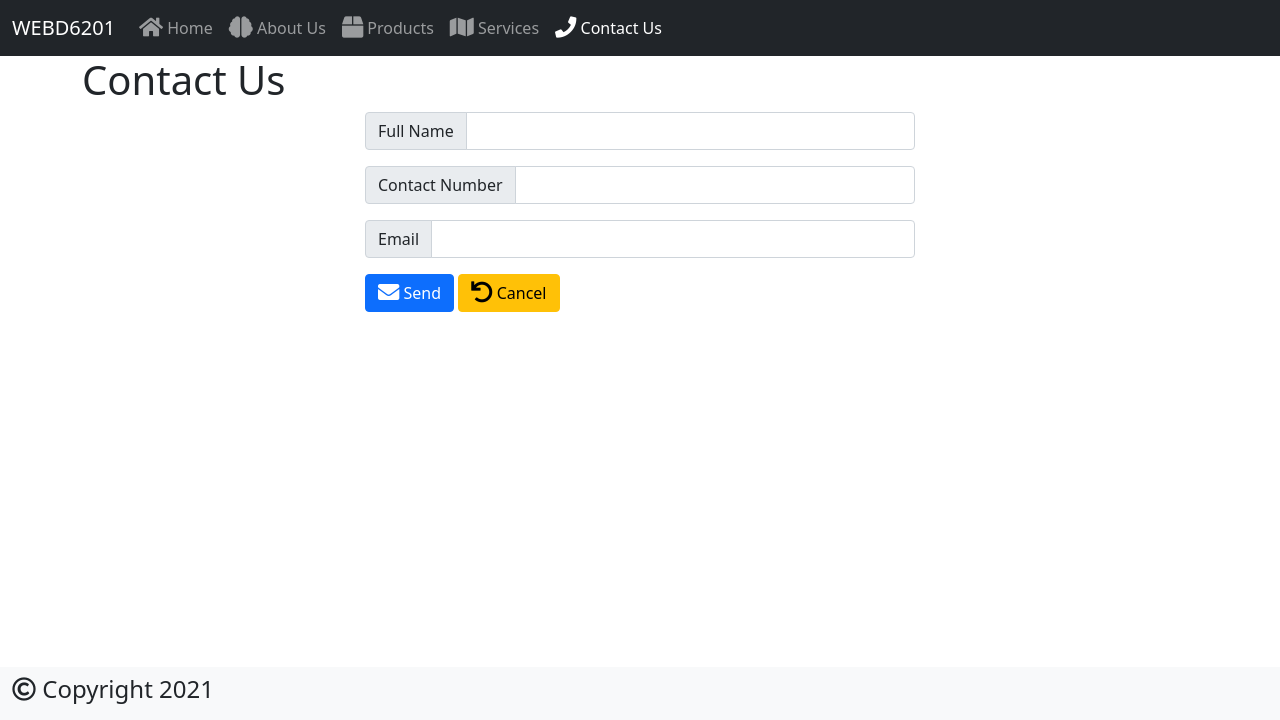
Repository: AshokSasi/WEBD6201-Week3
Page: contact.html
The author's editor kept a copy of each file at every save. The page is drawn from the files as they stood at one save, then again after the next save.
The browser window is 1280 px wide. The pictures show the whole page.

Above is the page before, as saved 2021-01-28 10:16:43.

After the next save:
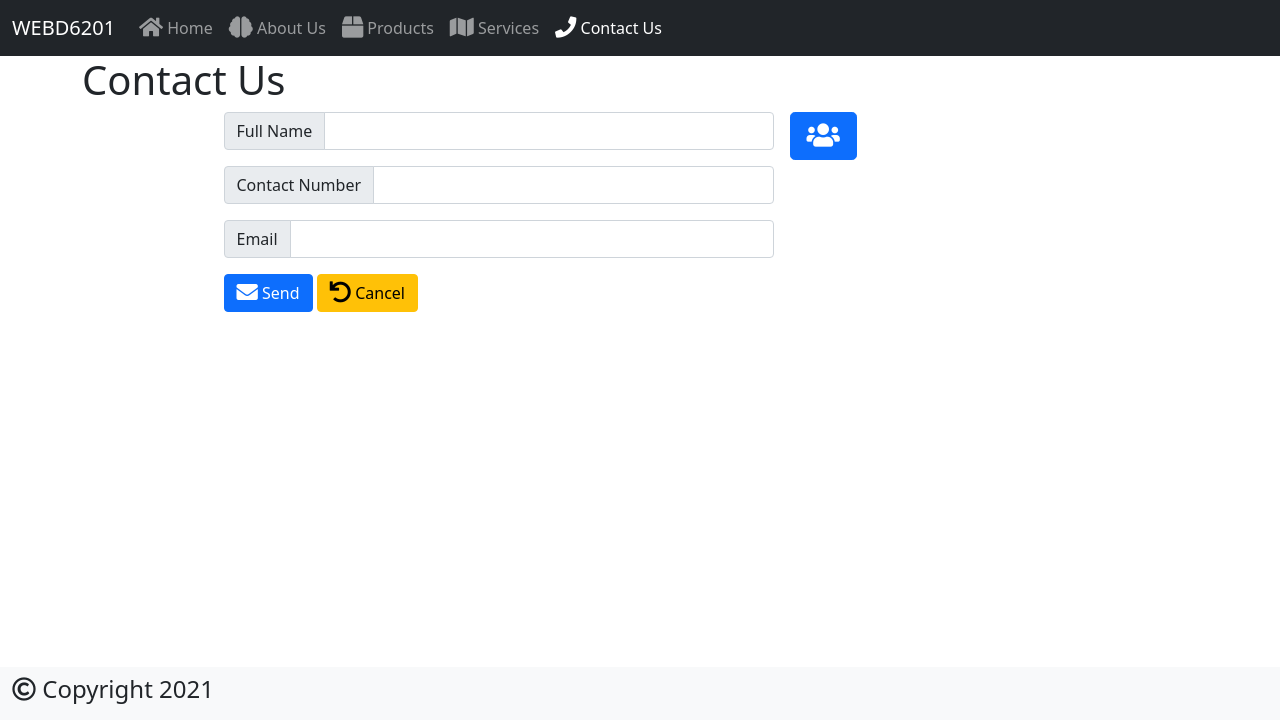
Saved 8 min 9 s later.
--- a/contact.html
+++ b/contact.html
@@ -76,6 +76,10 @@
             <button id="cancelButton" type="reset" class="btn btn-warning"><i class="fas fa-undo fa-lg"></i> Cancel</button>
           </form>
 
+          <div class="col-lg-3 col-md-3">
+            <a href="contact-list.html" class="btn btn-primary btn-lg"><i class="fas fa-users fa-lg"></i></a>
+
+          </div>
         </div>
 
     </main>
